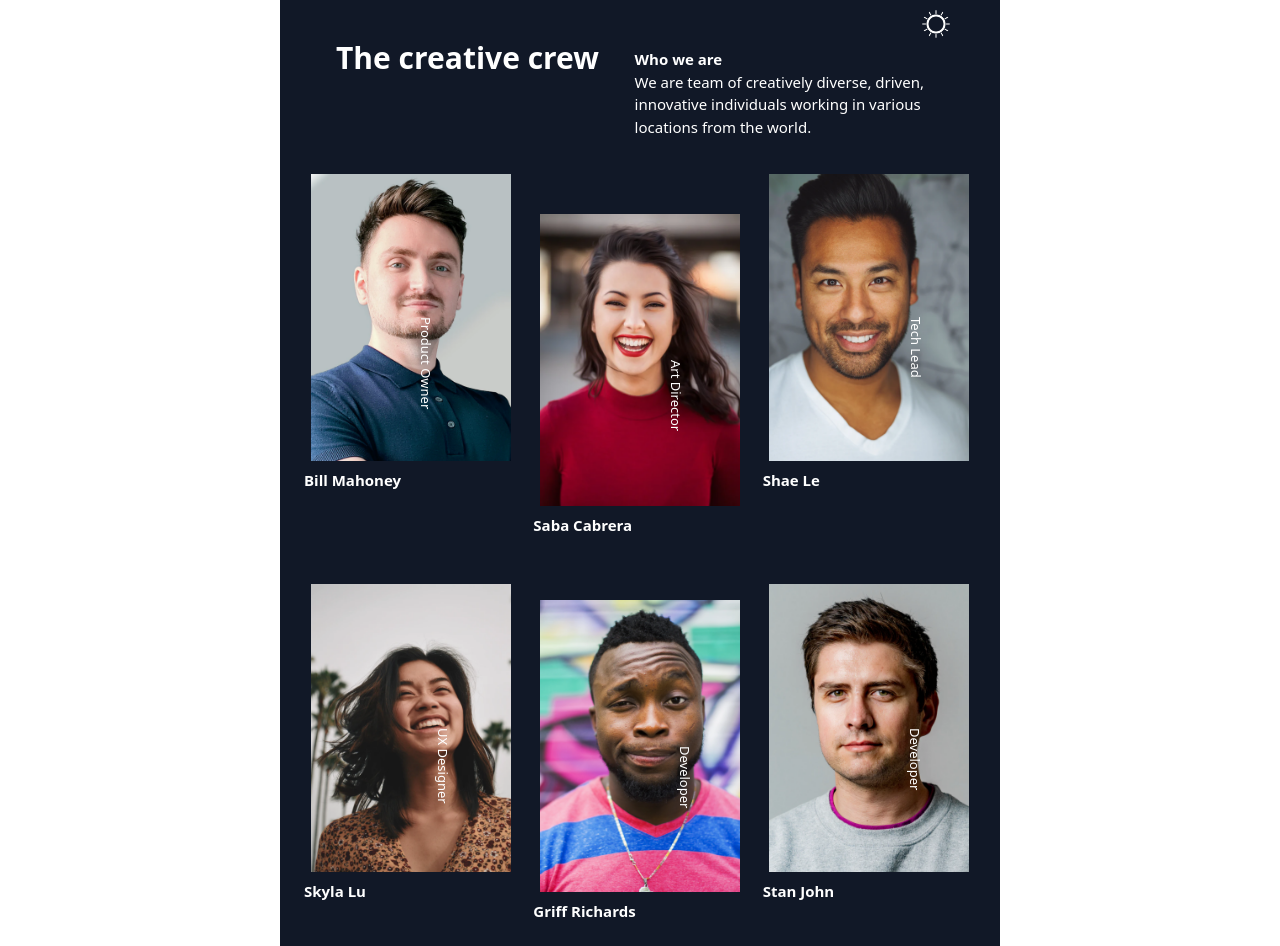
Repository: Alzate1075/Funval-G3-N2
Page: /
An editor plug-in stored every save of this project. The page is shown before and after the next save, followed by the edit.
The browser window is 1280 px wide. The pictures show the whole page.
The project was rebuilt for these pictures with package versions that can differ from the ones it lists, and the page was loaded fresh each time. Also part of the build but not shown: vite.config.js.

Above is the page before, as saved 2025-07-03 11:09:42.

### index.html
<!DOCTYPE html>
<html lang="en">
  <head>
    <meta charset="UTF-8" />
    <link rel="icon" type="image/svg+xml" href="/vite.svg" />
    <meta name="viewport" content="width=device-width, initial-scale=1.0" />
    <link rel="stylesheet" href="./src/index.css" />
    <title>Vite + React</title>
  </head>
  <body>
    <div id="root"></div>
    <script type="module" src="/src/main.jsx"></script>
  </body>
</html>

### src/App.jsx
import React from "react";
import { TeamCard } from "./components/TeamCard";
import miArray from "./components/ArrayTeams";

function App() {
  return (
    <div className="md:bg-[#111827] p-2 md:mx-70">
      <div className="flex justify-end mr-10">
        <img src="/images/sol.png" alt="sol" className="w-8 hidden md:block" />
      </div>
      <div className="flex justify-end">
        <img src="/images/luna.png" alt="luna" className="w-8 md:hidden" />
      </div>
      <div className="md:text-white text-black text-center md:flex md:justify-between md:mx-12">
        <h1 className="text-3xl font-bold">The creative crew</h1>
        <p className="text-[15px] mt-2 max-w-md md:text-md text-wrap text-left m-5">
          <b>Who we are</b>
          <br />
          We are team of creatively diverse, driven, <br /> innovative
          individuals working in various <br /> locations from the world.
        </p>
      </div>

      <div className="md:bg-[#111827] grid grid-cols-2 md:grid-cols-3 gap-x-4 gap-y-6 p-4">
        {miArray.map((persona, index) => (
          <TeamCard
            key={index}
            name={persona.name}
            role={persona.role}
            image={persona.image}
            extraClass={`${index % 2 === 1 ? "mt-6" : ""} ${
              index % 3 === 1 ? "md:mt-10" : ""
            }`}
          />
        ))}
      </div>
    </div>
  );
}

export default App;

### src/components/TeamCard.jsx
import React from "react";
export function TeamCard(props) {
  return (
    <div className={`${props.extraClass}`}>
      <div className="text-black md:text-white md:flex md:items-center md:justify-center gap-2 relative">
        <img src={props.image} alt={props.name} className="md:w-[200px] w-20" />
        <span className="absolute right-0 top-1/2 -translate-y-1/2 rotate-90 origin-left text-[10px] md:text-[13px]">
          {props.role}
        </span>
      </div>
      <div className="md:text-white text-center mt-2 flex justify-start">
        <h3 className="font-semibold text-[12px] md:text-[15px]">
          {props.name}
        </h3>
      </div>
    </div>
  );
}

### src/components/ArrayTeams.jsx
import React from "react";
const miArray = [
  {
    name: "Bill Mahoney",
    role: "Product Owner",
    image: "/images/photo1.png",
  },
  {
    name: "Saba Cabrera",
    role: "Art Director",
    image: "/images/photo2.png",
  },
  {
    name: "Shae Le",
    role: "Tech Lead",
    image: "/images/photo3.png",
  },
  {
    name: "Skyla Lu",
    role: "UX Designer",
    image: "/images/photo4.png",
  },
  {
    name: "Griff Richards",
    role: "Developer",
    image: "/images/photo5.png",
  },
  {
    name: "Stan John",
    role: "Developer",
    image: "/images/photo6.png",
  },
];

export default miArray;

Loaded but not shown: src/index.css (common file); src/main.jsx (common file)

After the next save:
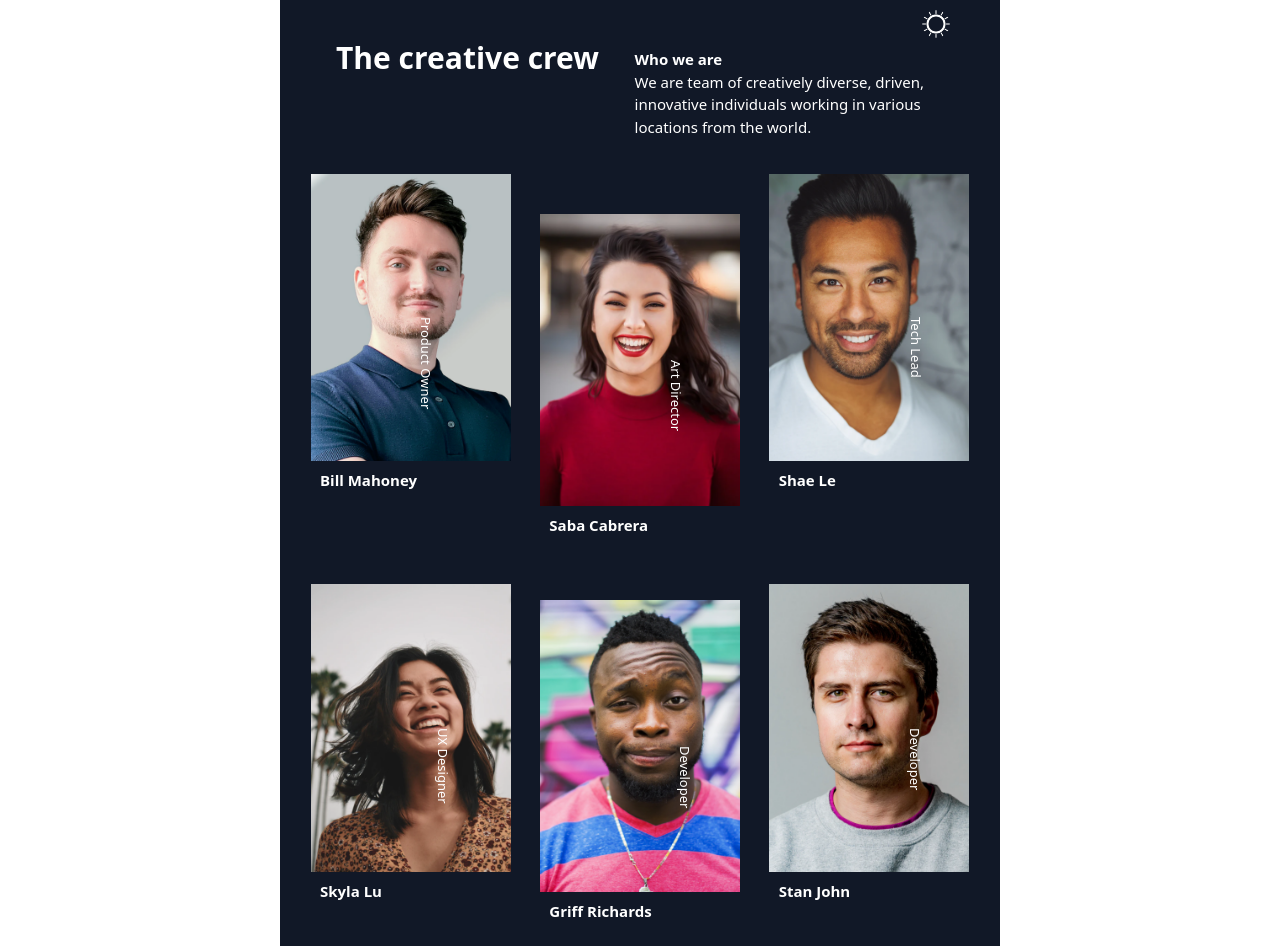
Saved 21 s later.
--- a/src/components/TeamCard.jsx
+++ b/src/components/TeamCard.jsx
@@ -8,7 +8,7 @@ export function TeamCard(props) {
           {props.role}
         </span>
       </div>
-      <div className="md:text-white text-center mt-2 flex justify-start">
+      <div className="md:text-white text-center mt-2 flex justify-star pl-4">
         <h3 className="font-semibold text-[12px] md:text-[15px]">
           {props.name}
         </h3>
